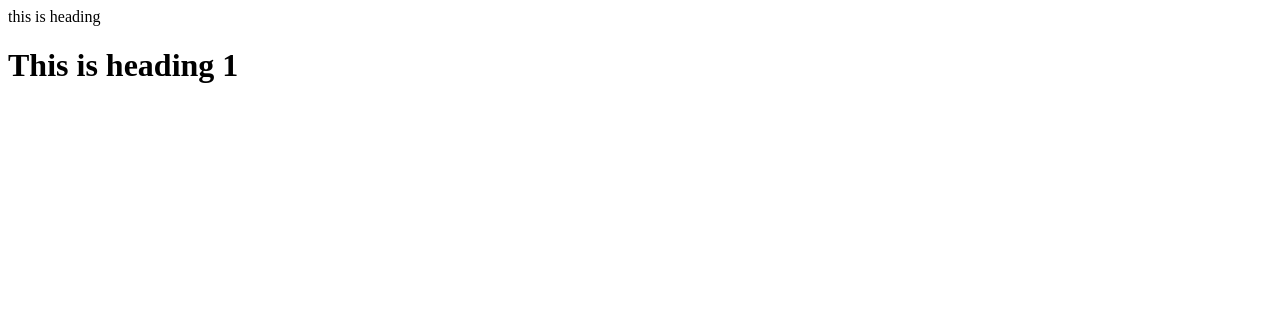
Repository: Seonhanbit/dev
Page: work_frontend/HtmlEx/WebContent/Heading.html
These files come from the project's save history. The page is drawn as it stood at one moment and after the next save; the edit follows.
The browser window is 1280 px wide. The pictures show the whole page.

Above is the page before, as saved 2019-08-26 02:03:18.

### work_frontend/HtmlEx/WebContent/Heading.html
<!DOCTYPE html>
<html>
<head>
<meta charset="UTF-8">
<title>Insert title here</title>
</head>
<body>
	this is heading
	<h1>This is heading 1</h1>
</body>
</html>

After the next save:
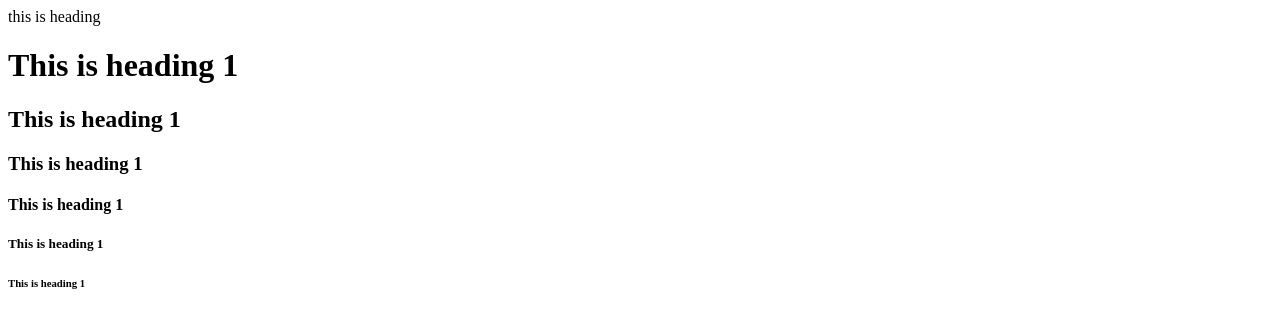
Saved 50 s later.
--- a/work_frontend/HtmlEx/WebContent/Heading.html
+++ b/work_frontend/HtmlEx/WebContent/Heading.html
@@ -7,5 +7,11 @@
 <body>
 	this is heading
 	<h1>This is heading 1</h1>
+	<h2>This is heading 1</h2>
+	<h3>This is heading 1</h3>
+	<h4>This is heading 1</h4>
+	<h5>This is heading 1</h5>
+	<h6>This is heading 1</h6>
+
 </body>
 </html>
